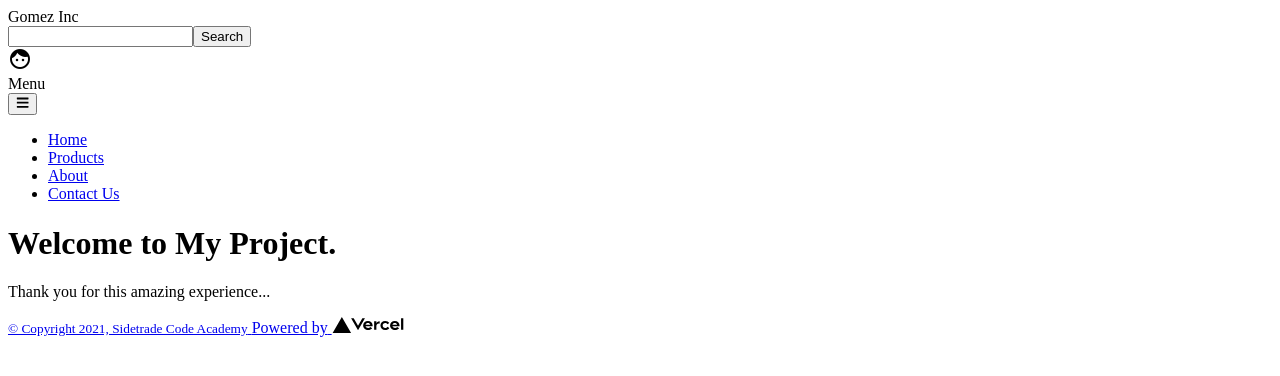
Repository: olajameze/code-academy-next-app
Page: /
The author's editor kept a copy of each file at every save. The page is drawn from the files as they stood at one save, then again after the next save.
The browser window is 1280 px wide. The pictures show the whole page.
The page's requests for data from a server got no answer. The project was rebuilt for these pictures with package versions that can differ from the ones it lists, and the page was loaded fresh each time. The framework's server and built-in components were replaced by stand-ins that run in the browser. No one was signed in, and anything a server would have sent is missing. Also part of the build but not shown: next.config.js, components/product.tsx.

Above is the page before, as saved 2021-09-23 00:29:25.

After the next save:
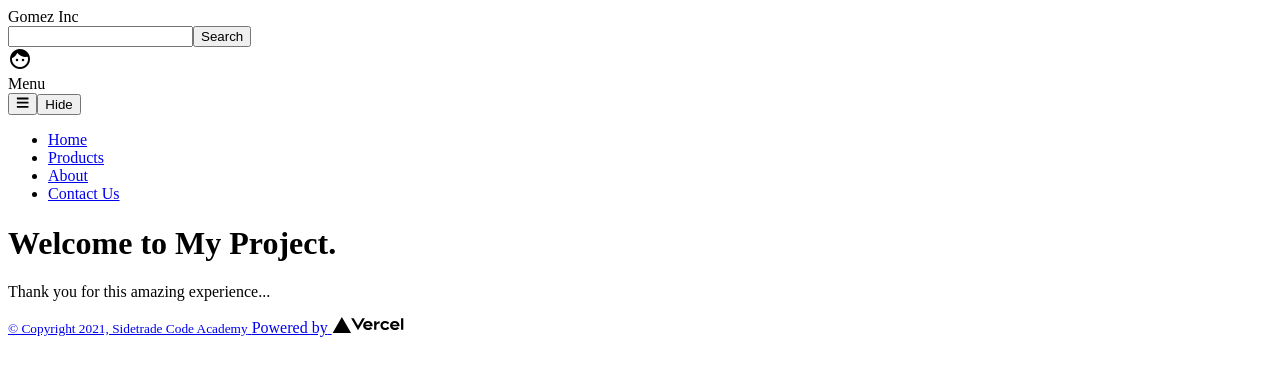
Saved 2 min 19 s later.
--- a/components/sidebar.tsx
+++ b/components/sidebar.tsx
@@ -37,9 +37,7 @@ const Navbar = () => {
                                 <FaIcons.FaBars onClick={showSidebar} />
                             </button>
 
-                            <botton>
-
-                            </botton>
+                            <button onClick={() => setShow(false)}>Hide</button>
 
                         </div>
 
@@ -60,3 +58,7 @@ const Navbar = () => {
 };
 
 export default Navbar;
+
+function setShow(arg0: boolean): void {
+    throw new Error('Function not implemented.');
+}
